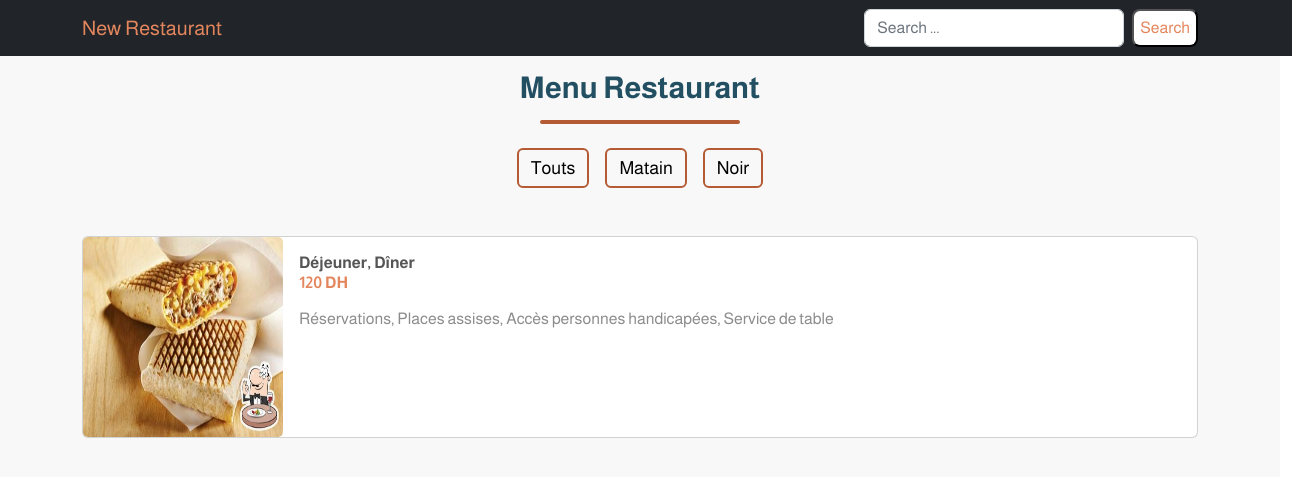
Repository: SD-Mdouka/react-table
Page: /
These files come from the project's save history. The page is drawn as it stood at one moment and after the next save; the edit follows.
The browser window is 1280 px wide. The page is 1292 px wide, so the pictures cover 1292 px, including what lies to the right of the window. The pictures show the whole page.
The project was rebuilt for these pictures with package versions that can differ from the ones it lists, and the page was loaded fresh each time.

Above is the page before, as saved 2022-10-06 17:37:04.

After the next save:
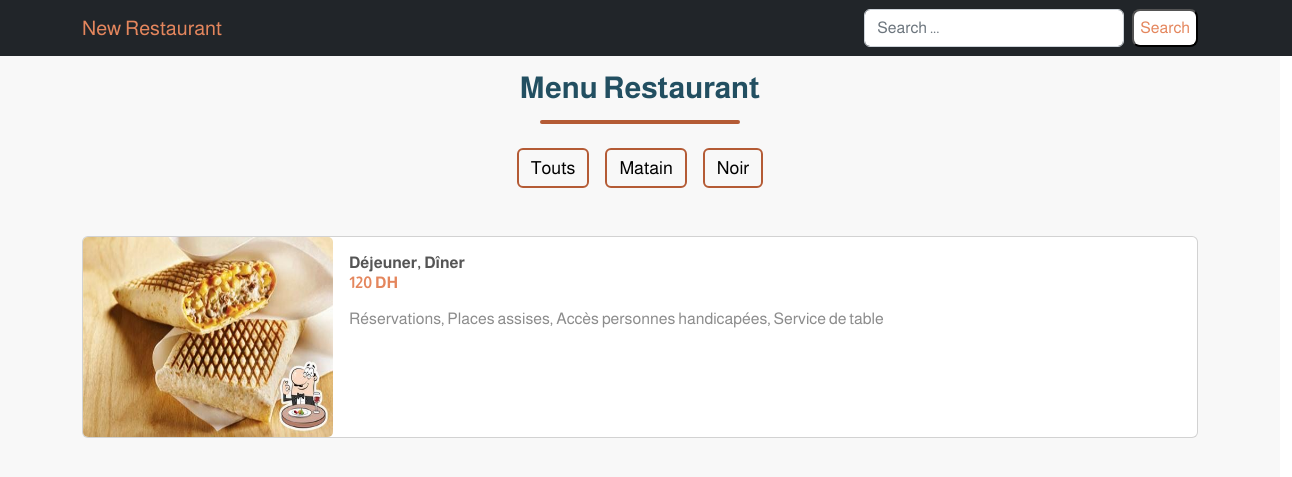
Saved 10 s later.
--- a/src/App.css
+++ b/src/App.css
@@ -56,7 +56,7 @@
 
 .img-item {
     height: 200px !important;
-    width: 200px !important;
+    width: 250px !important;
     border-radius: 5px;
 }
 
